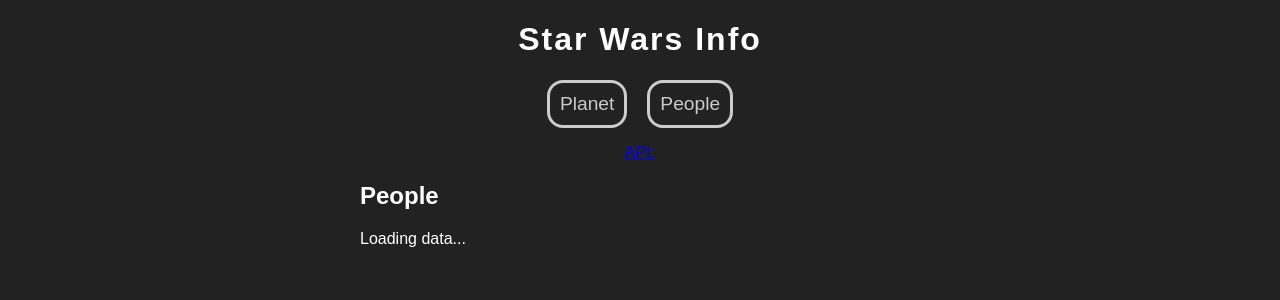
Repository: mireu-san/jikan-react-query
Page: /
An editor plug-in stored every save of this project. The page is shown before and after the next save, followed by the edit.
The browser window is 1280 px wide. The pictures show the whole page.
The page's requests for data from a server got no answer. The project was rebuilt for these pictures with package versions that can differ from the ones it lists, and the page was loaded fresh each time. No one was signed in, and anything a server would have sent is missing. Also part of the build but not shown: src/components/Planet.js, src/components/Planets.js, src/components/Person.js.

Above is the page before, as saved 2022-11-29 21:09:56.

After the next save:
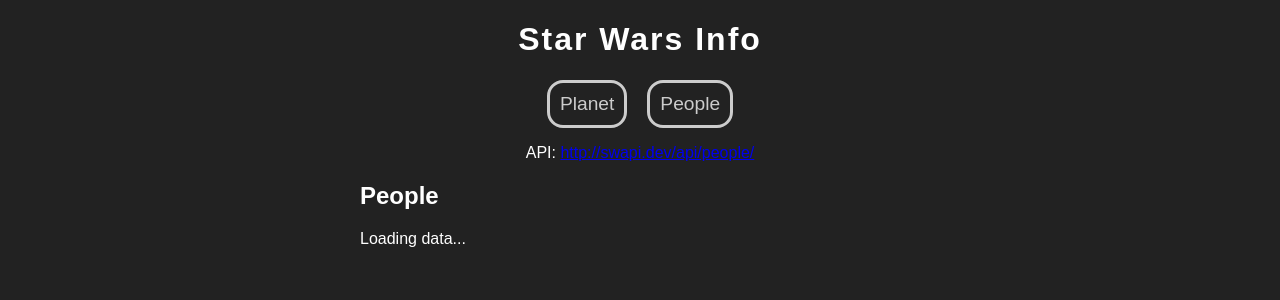
Saved 14 s later.
--- a/src/App.js
+++ b/src/App.js
@@ -12,7 +12,8 @@
       <h1>Star Wars Info</h1>
       <Navbar setPage={setPage} />
       <span>
-        <a href="http://swapi.dev/api/people/"> API: </a>
+        API:{" "}
+        <a href="http://swapi.dev/api/people/">http://swapi.dev/api/people/ </a>
       </span>
       <div className="content">
         {page === "planets" ? <Planets /> : <People />}
